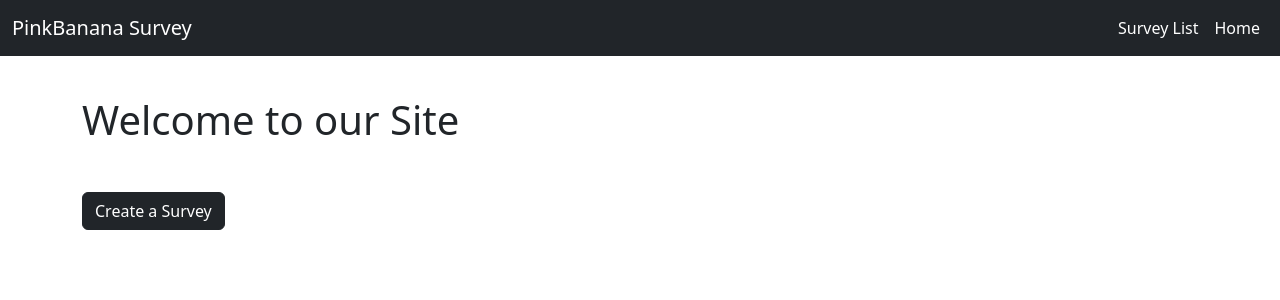
Repository: miaaow42/BananaProject
Page: / (app in front-end/)
The author's editor kept a copy of each file at every save. The page is drawn from the files as they stood at one save, then again after the next save.
The browser window is 1280 px wide. The pictures show the whole page.
The project was rebuilt for these pictures with package versions that can differ from the ones it lists, and the page was loaded fresh each time. Also part of the build but not shown: front-end/src/App.css.

Above is the page before, as saved 2022-12-08 04:46:02.

After the next save:
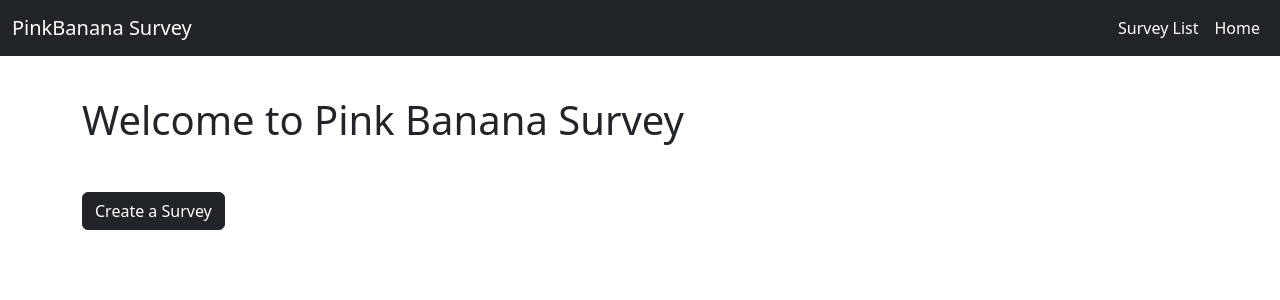
Saved 35 s later.
--- a/front-end/src/content/home.tsx
+++ b/front-end/src/content/home.tsx
@@ -7,7 +7,7 @@ function Home()
     return(
         <div className="container">
             <br></br><br></br><br></br><br></br>
-            <h1 className="mb-5">Welcome to our Site</h1>
+            <h1 className="mb-5">Welcome to Pink Banana Survey</h1>
 
             <Link to={"/add-survey"}>
                 <button className="btn btn-dark"> Create a Survey</button>
